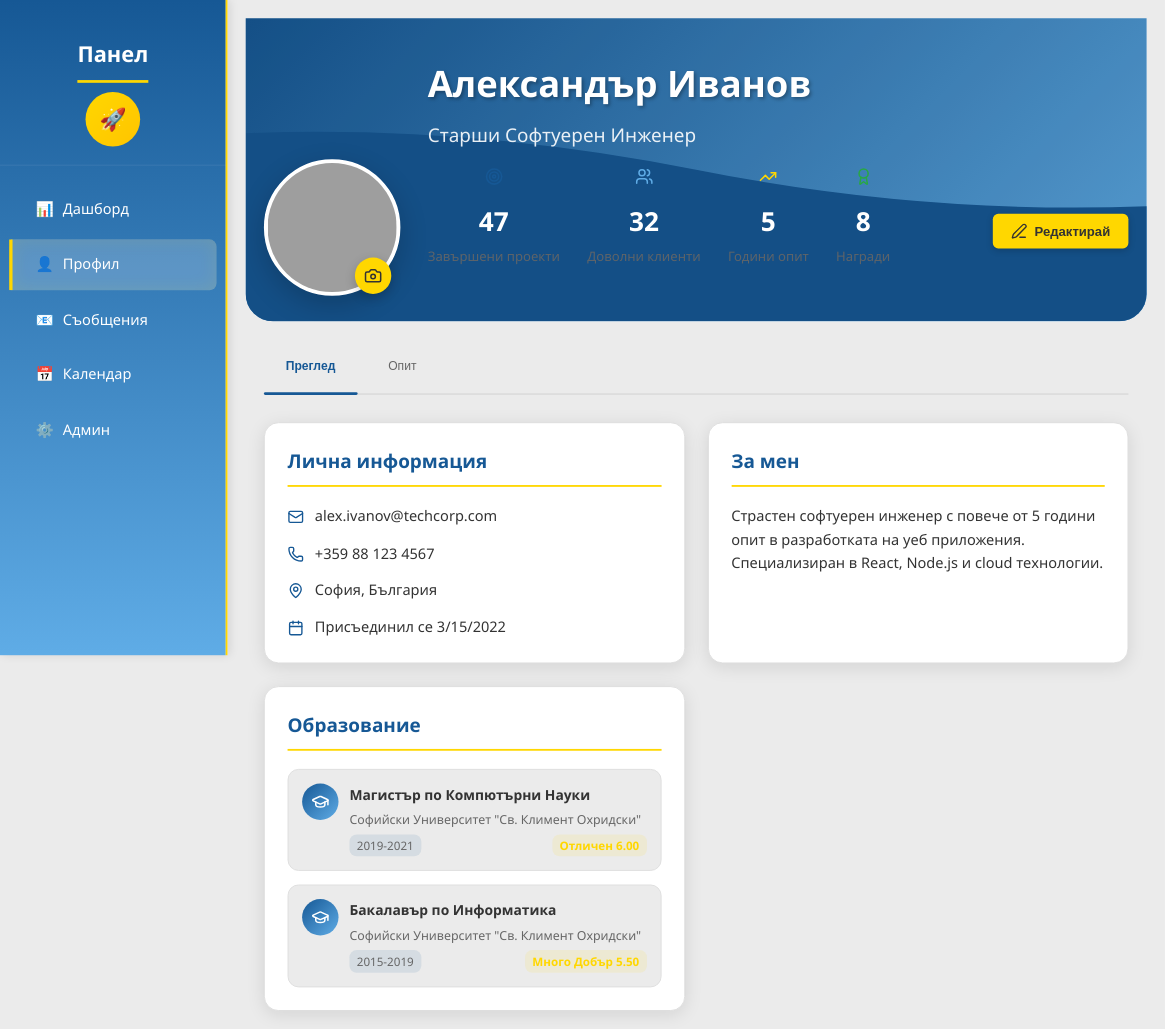
Repository: BorisSavianov/doxa-frontend
Page: /profile
These files come from the project's save history. The page is drawn as it stood at one moment and after the next save; the edit follows.
The browser window is 1280 px wide. The pictures show the whole page, at 91% of full size.
Pictures or frames that could not be fetched are drawn as grey boxes. The project was rebuilt for these pictures with package versions that can differ from the ones it lists, and the page was loaded fresh each time. Also part of the build but not shown: vite.config.js, src/components/Layout/Header.jsx, src/components/Charts/SimpleChart.jsx, src/pages/Dashboard.jsx, src/pages/Inbox.css, src/pages/Inbox.jsx, src/pages/Calendar.css, src/pages/Calendar.jsx and 1 more.

Above is the page before, as saved 2025-10-24 13:51:23.

### index.html
<!doctype html>
<html lang="en">
  <head>
    <meta charset="UTF-8" />
    <link rel="icon" type="image/svg+xml" href="/vite.svg" />
    <meta name="viewport" content="width=device-width, initial-scale=1.0" />
    <title>vtu</title>
  </head>
  <body>
    <div id="root"></div>
    <script type="module" src="/src/main.jsx"></script>
  </body>
</html>

### src/main.jsx
import React from 'react'
import ReactDOM from 'react-dom/client'
import { createBrowserRouter, RouterProvider } from 'react-router-dom'
import { ThemeProvider } from './contexts/ThemeContext'
import { LanguageProvider } from './contexts/LanguageContext'
import Layout from './components/Layout/Layout'
import Dashboard from './pages/Dashboard'
import Profile from './pages/Profile'
import Inbox from './pages/Inbox'
import Calendar from './pages/Calendar'
import Admin from './pages/Admin'
import './index.css'

const router = createBrowserRouter([
  {
    path: "/",
    element: <Layout />,
    children: [
      {
        index: true,
        element: <Dashboard />,
      },
      {
        path: "dashboard",
        element: <Dashboard />,
      },
      {
        path: "profile",
        element: <Profile />,
      },
      {
        path: "inbox",
        element: <Inbox />,
      },
      {
        path: "calendar",
        element: <Calendar />,
      },
      {
        path: "admin",
        element: <Admin />,
      },
    ],
  },
], {
  future: {
    v7_startTransition: true,
    v7_relativeSplatPath: true,
  },
});

function App() {
  return (
    <ThemeProvider>
      <LanguageProvider>
        <RouterProvider router={router} />
      </LanguageProvider>
    </ThemeProvider>
  )
}

ReactDOM.createRoot(document.getElementById('root')).render(
  <React.StrictMode>
    <App />
  </React.StrictMode>,
)

### src/contexts/LanguageContext.jsx
import React, { createContext, useContext, useState } from 'react'
import { useLocalStorage } from '../hooks/useLocalStorage'

const LanguageContext = createContext()

export const useLanguage = () => {
  const context = useContext(LanguageContext)
  if (!context) {
    throw new Error('useLanguage must be used within a LanguageProvider')
  }
  return context
}

export const LanguageProvider = ({ children }) => {
  const [isEnglish, setIsEnglish] = useLocalStorage('language', false)

  const toggleLanguage = () => {
    setIsEnglish(prev => !prev)
  }

  const t = (bg, en) => {
    return isEnglish ? en : bg
  }

  const value = {
    isEnglish,
    toggleLanguage,
    t
  }

  return (
    <LanguageContext.Provider value={value}>
      {children}
    </LanguageContext.Provider>
  )
}

// В LanguageContext.jsx, добави следния код в t функцията или създай нова:
const calendarLocales = {
  bg: {
    buttonText: {
      today: 'Днес',
      month: 'Месец',
      week: 'Седмица',
      day: 'Ден',
      list: 'Списък'
    },
    allDayText: 'Цял ден',
    noEventsText: 'Няма събития'
  },
  en: {
    buttonText: {
      today: 'Today',
      month: 'Month',
      week: 'Week',
      day: 'Day',
      list: 'List'
    },
    allDayText: 'All day',
    noEventsText: 'No events'
  }
}

// Актуализирай t функцията или добави нова:
const getCalendarLocale = () => {
  return isEnglish ? calendarLocales.en : calendarLocales.bg
}

### src/components/Layout/Layout.jsx
import React from 'react'
import { Outlet } from 'react-router-dom'
import { useTheme } from '../../contexts/ThemeContext'
import Header from './Header'
import Sidebar from './Sidebar'
import '../../styles/globals.css'

const Layout = () => {
  const { isDark } = useTheme()

  return (
    <div className={`app ${isDark ? 'dark' : 'light'}`}>
      <Sidebar />
      <div className="main-content">

        <Outlet />
      </div>
    </div>
  )
}

export default Layout

### src/pages/Profile.jsx
import React, { useState, useRef } from 'react'
import { useLanguage } from '../contexts/LanguageContext'
import { motion, AnimatePresence } from 'framer-motion'
import {
  Edit3,
  Camera,
  Mail,
  Phone,
  MapPin,
  Calendar,
  Award,
  Book,
  Briefcase,
  Users,
  Download,
  Share2,
  Star,
  TrendingUp,
  Target,
  GraduationCap
} from 'lucide-react'
import './Profile.css'

const Profile = () => {
  const { t } = useLanguage()
  const fileInputRef = useRef(null)

  const [isEditing, setIsEditing] = useState(false)
  const [profile, setProfile] = useState({
    firstName: 'Александър',
    lastName: 'Иванов',
    position: t('Старши Софтуерен Инженер', 'Senior Software Engineer'),

    university: t('Софийски Университет "Св. Климент Охридски"', 'Sofia University "St. Kliment Ohridski"'),
    degree: t('Магистър по Компютърни Науки', 'Master of Computer Science'),
    email: 'alex.ivanov@techcorp.com',
    phone: '+359 88 123 4567',
    location: t('София, България', 'Sofia, Bulgaria'),
    joinDate: '2022-03-15',
    bio: t('Страстен софтуерен инженер с повече от 5 години опит в разработката на уеб приложения. Специализиран в React, Node.js и cloud технологии.', 'Passionate software engineer with over 5 years of experience in web application development. Specialized in React, Node.js and cloud technologies.'),
    skills: ['React', 'JavaScript', 'Node.js', 'TypeScript', 'Python', 'AWS'],
    interests: [t('Програмиране', 'Coding'), t('Планински туризъм', 'Hiking'), t('Фотография', 'Photography'), t('Четене', 'Reading')]
  })

  const [stats, setStats] = useState([
    { label: t('Завършени проекти', 'Completed Projects'), value: 47, icon: Target, color: '#165895' },
    { label: t('Доволни клиенти', 'Happy Clients'), value: 32, icon: Users, color: '#5FACE6' },
    { label: t('Години опит', 'Years Experience'), value: 5, icon: TrendingUp, color: '#FFD700' },
    { label: t('Награди', 'Awards'), value: 8, icon: Award, color: '#28a745' }
  ])

  const [activeTab, setActiveTab] = useState('overview')

  const education = [
    {
      id: 1,
      degree: t('Магистър по Компютърни Науки', 'Master of Computer Science'),
      university: t('Софийски Университет "Св. Климент Охридски"', 'Sofia University "St. Kliment Ohridski"'),
      period: '2019-2021',
      grade: t('Отличен 6.00', 'Excellent 6.00')
    },
    {
      id: 2,
      degree: t('Бакалавър по Информатика', 'Bachelor of Informatics'),
      university: t('Софийски Университет "Св. Климент Охридски"', 'Sofia University "St. Kliment Ohridski"'),
      period: '2015-2019',
      grade: t('Много Добър 5.50', 'Very Good 5.50')
    }
  ]

  const handleImageUpload = (event) => {
    const file = event.target.files[0]
    if (file) {
      const reader = new FileReader()
      reader.onload = (e) => {
        // В реално приложение тук ще качим снимката на сървъра
        console.log('Image uploaded:', e.target.result)
        alert(t('Профилната снимка е обновена!', 'Profile picture updated!'))
      }
      reader.readAsDataURL(file)
    }
  }

  const handleSave = () => {
    setIsEditing(false)
    // Тук ще изпратим данните към сървъра
    alert(t('Профилът е запазен успешно!', 'Profile saved successfully!'))
  }

  const triggerFileInput = () => {
    fileInputRef.current?.click()
  }

  const tabs = [
    { id: 'overview', label: t('Преглед', 'Overview') },
    { id: 'experience', label: t('Опит', 'Experience') },

  ]

  const experiences = [
    {
      id: 1,
      position: t('Старши Софтуерен Инженер', 'Senior Software Engineer'),

      period: t('Март 2022 - Настояще', 'Mar 2022 - Present'),
      description: t('Ръководство на екип от разработчици, проектиране на архитектура, внедряване на best practices.', 'Leading a team of developers, designing architecture, implementing best practices.')
    },
    {
      id: 2,
      position: t('Софтуерен Инженер', 'Software Engineer'),

      period: t('Януари 2020 - Февруари 2022', 'Jan 2020 - Feb 2022'),
      description: t('Разработка на уеб приложения, работа с клиенти, оптимизация на производителност.', 'Web application development, client work, performance optimization.')
    },
    {
      id: 3,
      position: t('Джуниър Разработчик', 'Junior Developer'),

      period: t('Юни 2018 - Декември 2019', 'Jun 2018 - Dec 2019'),
      description: t('Участие в разработката на MVP проекти, обучение и усъвършенстване на умения.', 'Participated in MVP project development, training and skill improvement.')
    }
  ]

  return (
    <div className="profile-page">
      {/* Profile Header */}
      <motion.div
        className="profile-header"
        initial={{ y: -50, opacity: 0 }}
        animate={{ y: 0, opacity: 1 }}
        transition={{ duration: 0.6 }}
      >
        <div className="profile-background">
          <div className="background-overlay"></div>
        </div>

        <div className="profile-info">
          <div className="avatar-section">
            <div className="avatar-container">
              <img
                src="/profile.png"
                alt="Profile"
                className="profile-avatar"
                onError={(e) => {
                  e.target.src = 'data:[embedded picture, 510 characters]'
                }}
              />
              <motion.button
                className="avatar-edit-btn"
                onClick={triggerFileInput}
                whileHover={{ scale: 1.1 }}
                whileTap={{ scale: 0.9 }}
              >
                <Camera size={20} />
              </motion.button>
              <input
                type="file"
                ref={fileInputRef}
                onChange={handleImageUpload}
                accept="image/*"
                style={{ display: 'none' }}
              />
            </div>

            <div className="profile-main-info">
              <div className="name-section">

                <div>
                  <h1>{profile.firstName} {profile.lastName}</h1>
                  <p className="position">{profile.position}</p>

                </div>
              </div>

              <div className="profile-stats">
                {stats.map((stat, index) => (
                  <motion.div
                    key={stat.label}
                    className="stat-item"
                    initial={{ scale: 0 }}
                    animate={{ scale: 1 }}
                    transition={{ delay: index * 0.1 }}
                  >
                    <stat.icon size={20} color={stat.color} />
                    <div className="stat-value">{stat.value}</div>
                    <div className="stat-label">{stat.label}</div>
                  </motion.div>
                ))}
              </div>
            </div>
          </div>

          <div className="profile-actions">

            <motion.button
              className="btn btn-primary edit-btn"
              onClick={() => setIsEditing(!isEditing)}
              whileHover={{ scale: 1.05 }}
              whileTap={{ scale: 0.95 }}
            >
              <Edit3 size={18} />
              {isEditing ? t('Запази', 'Save') : t('Редактирай', 'Edit')}
            </motion.button>
          </div>
        </div>
      </motion.div>

      <div className="profile-content">
        {/* Navigation Tabs */}
        <motion.div
          className="profile-tabs"
          initial={{ x: -50, opacity: 0 }}
          animate={{ x: 0, opacity: 1 }}
          transition={{ delay: 0.2 }}
        >
          {tabs.map(tab => (
            <button
              key={tab.id}
              className={`tab-btn ${activeTab === tab.id ? 'active' : ''}`}
              onClick={() => setActiveTab(tab.id)}
            >
              {tab.label}
            </button>
          ))}
        </motion.div>

        {/* Tab Content */}
        <div className="tab-content">
          <AnimatePresence mode="wait">
            {activeTab === 'overview' && (
              <motion.div
                key="overview"
                initial={{ opacity: 0, y: 20 }}
                animate={{ opacity: 1, y: 0 }}
                exit={{ opacity: 0, y: -20 }}
                transition={{ duration: 0.3 }}
                className="overview-content"
              >
                <div className="grid-layout">
                  {/* Personal Info Card */}
                  <div className="info-card">
                    <h3>{t('Лична информация', 'Personal Information')}</h3>
                    <div className="info-list">
                      <div className="info-item">
                        <Mail size={18} />
                        <span>{profile.email}</span>
                      </div>
                      <div className="info-item">
                        <Phone size={18} />
                        <span>{profile.phone}</span>
                      </div>
                      <div className="info-item">
                        <MapPin size={18} />
                        <span>{profile.location}</span>
                      </div>
                      <div className="info-item">
                        <Calendar size={18} />
                        <span>{t('Присъединил се', 'Joined')} {new Date(profile.joinDate).toLocaleDateString()}</span>
                      </div>
                    </div>
                  </div>

                  {/* Bio Card */}
                  <div className="info-card">
                    <h3>{t('За мен', 'About Me')}</h3>
                    <p className="bio-text">{profile.bio}</p>
                  </div>

                  {/* Education Card */}
                  <div className="info-card">
                    <h3>{t('Образование', 'Education')}</h3>
                    <div className="education-preview">
                      {education.map((edu, index) => (
                        <motion.div
                          key={edu.id}
                          className="edu-preview-item"
                          initial={{ opacity: 0, x: -20 }}
                          animate={{ opacity: 1, x: 0 }}
                          transition={{ delay: index * 0.1 }}
                        >
                          <div className="edu-preview-icon">
                            <GraduationCap size={20} />
                          </div>
                          <div className="edu-preview-details">
                            <div className="edu-preview-degree">{edu.degree}</div>
                            <div className="edu-preview-university">{edu.university}</div>
                            <div className="edu-preview-meta">
                              <span className="edu-period">{edu.period}</span>
                              <span className="edu-grade">{edu.grade}</span>
                            </div>
                          </div>
                        </motion.div>
                      ))}
                    </div>
                  </div>




                </div>
              </motion.div>
            )}

            {activeTab === 'experience' && (
              <motion.div
                key="experience"
                initial={{ opacity: 0, y: 20 }}
                animate={{ opacity: 1, y: 0 }}
                exit={{ opacity: 0, y: -20 }}
                transition={{ duration: 0.3 }}
                className="experience-content"
              >
                <div className="timeline">
                  {experiences.map((exp, index) => (
                    <motion.div
                      key={exp.id}
                      className="timeline-item"
                      initial={{ opacity: 0, x: -50 }}
                      animate={{ opacity: 1, x: 0 }}
                      transition={{ delay: index * 0.1 }}
                    >
                      <div className="timeline-marker">
                        <Briefcase size={20} />
                      </div>
                      <div className="timeline-content">
                        <h4>{exp.position}</h4>

                        <p className="description">{exp.description}</p>
                      </div>
                    </motion.div>
                  ))}
                </div>
              </motion.div>
            )}

            {activeTab === 'skills' && (
              <motion.div
                key="skills"
                initial={{ opacity: 0, y: 20 }}
                animate={{ opacity: 1, y: 0 }}
                exit={{ opacity: 0, y: -20 }}
                transition={{ duration: 0.3 }}
                className="skills-content"
              >
                <div className="skills-categories">
                  <div className="skill-category">
                    <h4>{t('Frontend', 'Frontend')}</h4>
                    <div className="skill-levels">
                      {['React', 'JavaScript', 'TypeScript', 'HTML/CSS'].map(skill => (
                        <div key={skill} className="skill-level">
                          <span className="skill-name">{skill}</span>
                          <div className="level-bar">
                            <div
                              className="level-fill"
                              style={{ width: `${Math.random() * 50 + 50}%` }}
                            ></div>
                          </div>
                        </div>
                      ))}
                    </div>
                  </div>

                  <div className="skill-category">
                    <h4>{t('Backend', 'Backend')}</h4>
                    <div className="skill-levels">
                      {['Node.js', 'Python', 'SQL', 'MongoDB'].map(skill => (
                        <div key={skill} className="skill-level">
                          <span className="skill-name">{skill}</span>
                          <div className="level-bar">
                            <div
                              className="level-fill"
                              style={{ width: `${Math.random() * 50 + 50}%` }}
                            ></div>
                          </div>
                        </div>
                      ))}
                    </div>
                  </div>
                </div>
              </motion.div>
            )}
          </AnimatePresence>
        </div>
      </div>

      {/* Edit Modal */}
      <AnimatePresence>
        {isEditing && (
          <motion.div
            className="edit-modal-overlay"
            initial={{ opacity: 0 }}
            animate={{ opacity: 1 }}
            exit={{ opacity: 0 }}
            onClick={() => setIsEditing(false)}
          >
            <motion.div
              className="edit-modal"
              initial={{ scale: 0.8, opacity: 0 }}
              animate={{ scale: 1, opacity: 1 }}
              exit={{ scale: 0.8, opacity: 0 }}
              onClick={(e) => e.stopPropagation()}
            >
              <div className="modal-header">
                <h3>{t('Редактиране на профил', 'Edit Profile')}</h3>
                <button className="close-btn" onClick={() => setIsEditing(false)}>×</button>
              </div>

              <div className="modal-body">
                <div className="form-grid">
                  <div className="form-group">
                    <label>{t('Име', 'First Name')}</label>
                    <input
                      type="text"
                      value={profile.firstName}
                      onChange={(e) => setProfile({...profile, firstName: e.target.value})}
                      className="form-input"
                    />
                  </div>

                  <div className="form-group">
                    <label>{t('Фамилия', 'Last Name')}</label>
                    <input
                      type="text"
                      value={profile.lastName}
                      onChange={(e) => setProfile({...profile, lastName: e.target.value})}
                      className="form-input"
                    />
                  </div>

                  <div className="form-group full-width">
                    <label>{t('Длъжност', 'Position')}</label>
                    <input
                      type="text"
                      value={profile.position}
                      onChange={(e) => setProfile({...profile, position: e.target.value})}
                      className="form-input"
                    />
                  </div>

                  <div className="form-group full-width">
                    <label>{t('Университет', 'University')}</label>
                    <input
                      type="text"
                      value={profile.university}
                      onChange={(e) => setProfile({...profile, university: e.target.value})}
                      className="form-input"
                    />
                  </div>

                  <div className="form-group full-width">
                    <label>{t('Биография', 'Bio')}</label>
                    <textarea
                      value={profile.bio}
                      onChange={(e) => setProfile({...profile, bio: e.target.value})}
                      className="form-textarea"
                      rows="4"
                    />
                  </div>
                </div>
              </div>

              <div className="modal-footer">
                <button className="btn btn-secondary" onClick={() => setIsEditing(false)}>
                  {t('Отказ', 'Cancel')}
                </button>
                <button className="btn btn-primary" onClick={handleSave}>
                  {t('Запази', 'Save')}
                </button>
              </div>
            </motion.div>
          </motion.div>
        )}
      </AnimatePresence>
    </div>
  )
}

export default Profile

### src/index.css
:root {
  font-family: Inter, system-ui, Avenir, Helvetica, Arial, sans-serif;
  line-height: 1.5;
  font-weight: 400;
}

body {
  margin: 0;
  display: flex;
  place-items: center;
  min-width: 320px;
  min-height: 100vh;
}

#root {
  width: 100%;
  margin: 0 auto;
}

Loaded but not shown: src/contexts/ThemeContext.js (31 lines, source omitted); src/hooks/useLocalStorage.js (24 lines, source omitted); src/pages/Profile.css (778 lines, source omitted); src/styles/globals.css (337 lines, source omitted); src/components/Layout/Sidebar.jsx (56 lines, source omitted)

After the next save:
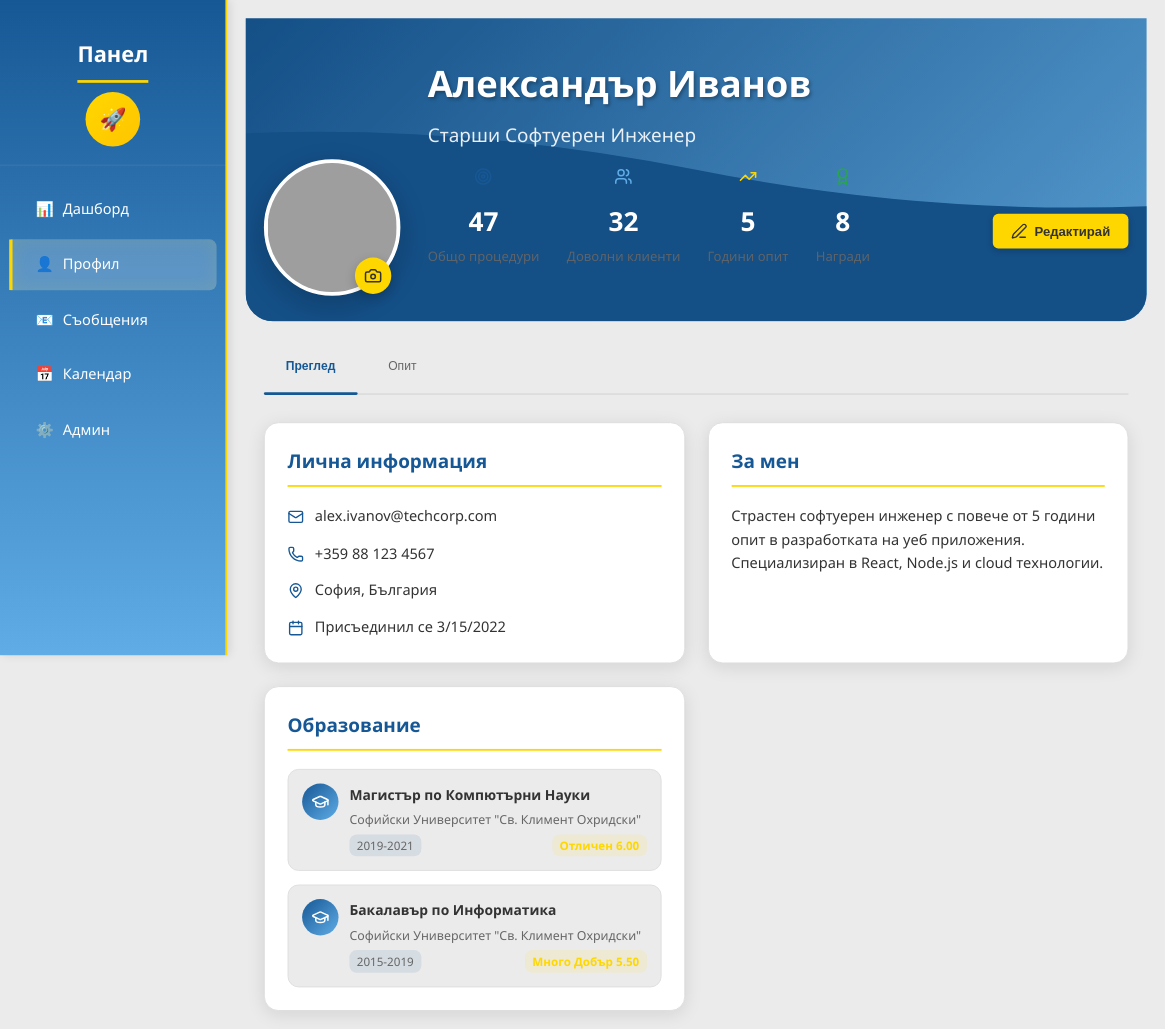
Saved 85 s later.
--- a/src/pages/Profile.jsx
+++ b/src/pages/Profile.jsx
@@ -43,7 +43,7 @@ const Profile = () => {
   })
 
   const [stats, setStats] = useState([
-    { label: t('Завършени проекти', 'Completed Projects'), value: 47, icon: Target, color: '#165895' },
+    { label: t('Общо процедури', 'Completed Projects'), value: 47, icon: Target, color: '#165895' },
     { label: t('Доволни клиенти', 'Happy Clients'), value: 32, icon: Users, color: '#5FACE6' },
     { label: t('Години опит', 'Years Experience'), value: 5, icon: TrendingUp, color: '#FFD700' },
     { label: t('Награди', 'Awards'), value: 8, icon: Award, color: '#28a745' }
